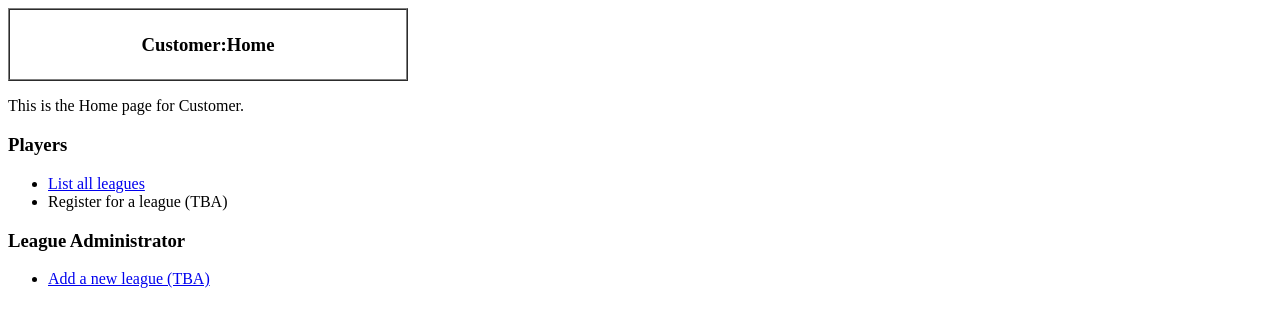
Repository: ramya123590/FSD-Training-IBM
Page: customer_servlet_example/src/main/webapp/index.html
The author's editor kept a copy of each file at every save. The page is drawn from the files as they stood at one save, then again after the next save.
The browser window is 1280 px wide. The pictures show the whole page.

Above is the page before, as saved 2019-10-17 10:05:42.

### customer_servlet_example/src/main/webapp/index.html
<!DOCTYPE html>
<html>
<head>
<title>Duke's Soccer League: Home</title>
</head>
<body>
	<!-- Page Heading -->
	<table border="1" cellpadding="5" cellspacing="0" width="400">
		<tr align="center" valign="center" height="20">
			<td><h3>Customer:Home</h3></td>
		</tr>
	</table>
	<p>This is the Home page for Customer.</p>
	<h3>Players</h3>
	<ul>
		<li><a href="list_customer.view">List all leagues</a></li>
		<li>Register for a league (TBA)</li>
	</ul>
	<h3>League Administrator</h3>
	<ul>
		<li><a href="register.html">Add a new league (TBA)</a></li>
	</ul>
</body>
</html>

After the next save:
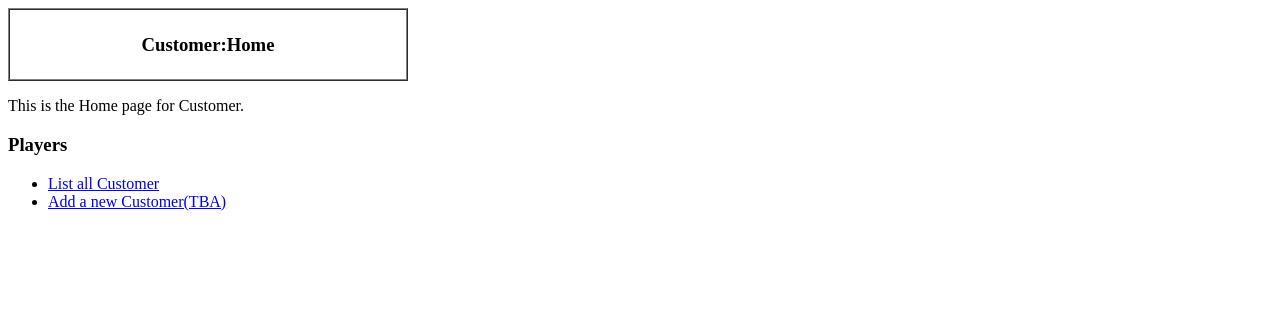
Saved 83 s later.
--- a/customer_servlet_example/src/main/webapp/index.html
+++ b/customer_servlet_example/src/main/webapp/index.html
@@ -13,12 +13,9 @@
 	<p>This is the Home page for Customer.</p>
 	<h3>Players</h3>
 	<ul>
-		<li><a href="list_customer.view">List all leagues</a></li>
-		<li>Register for a league (TBA)</li>
-	</ul>
-	<h3>League Administrator</h3>
-	<ul>
-		<li><a href="register.html">Add a new league (TBA)</a></li>
+		<li><a href="list_customer.view">List all Customer</a></li>
+
+		<li><a href="register.html">Add a new Customer(TBA)</a></li>
 	</ul>
 </body>
 </html>
